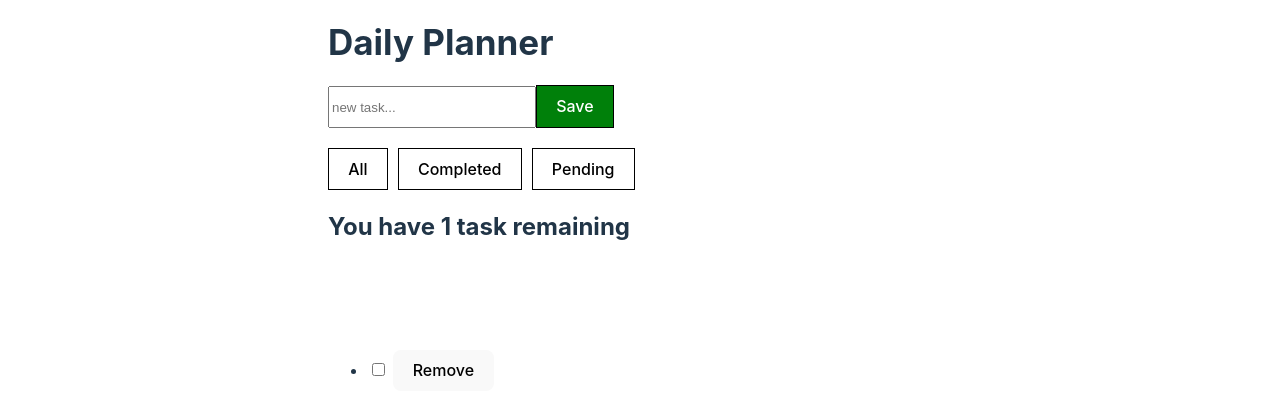
Repository: leslie179/lab4
Page: / (app in lab4/), after clicking the first element matching `button`
These files come from the project's save history. The page is drawn as it stood at one moment and after a run of saves; the edit follows.
The browser window is 1280 px wide. The pictures show the whole page.
The project was rebuilt for these pictures with package versions that can differ from the ones it lists, and the page was loaded fresh each time. Also part of the build but not shown: lab4/vite.config.js.

Above is the page before, as saved 2024-10-27 18:46:31.

After the next 3 saves:
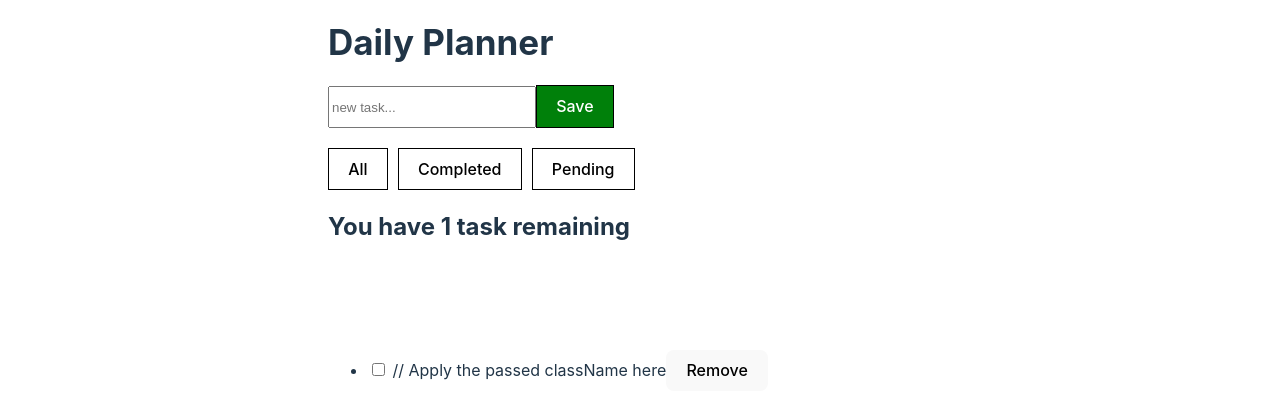
The 3 saves are shown as one change because they came seconds apart.
The last was saved 26 s later.
--- a/lab4/src/components/Task.jsx
+++ b/lab4/src/components/Task.jsx
@@ -20,7 +20,7 @@ function Task({ task, setTasks, index, className }) {
     return (
       <li>
         <input type="checkbox" onChange={(e) => toggleCompleted(e)} />
-        <span className={className}>{task.task}</span> {/* Apply the passed className here */}
+        <span className={className}>{task.task}</span> // Apply the passed className here
         <button onClick={() => remove()}>Remove</button>
       </li>
     )
